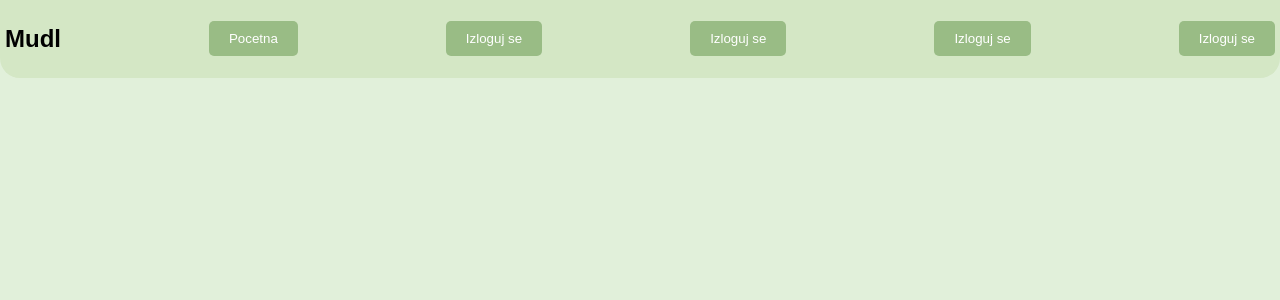
Repository: MarkoKillin/RazvojInformacionihSistemaProjekat
Page: http://localhost/MudlWeb/headers/admin_header.jsp
These files come from the project's save history. The page is drawn as it stood at one moment and after the next save; the edit follows.
The browser window is 1280 px wide. The pictures show the whole page.
The page is served by Tomcat 10.

Above is the page before, as saved 2024-01-28 17:38:19.

After the next save:
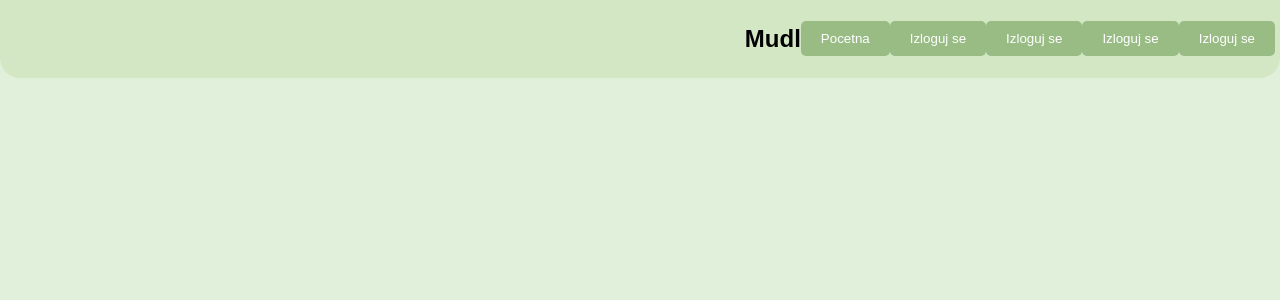
Saved 18 s later.
--- a/MudlWeb/src/main/webapp/css/styles.css
+++ b/MudlWeb/src/main/webapp/css/styles.css
@@ -19,7 +19,7 @@ header {
 	background-color: var(--secondary-color);
 	padding: 5px;
 	display: flex;
-	justify-content: space-between;
+	justify-content: end;
 	align-items: center;
 	border-bottom-left-radius: 20px;
 	border-bottom-right-radius: 20px;
